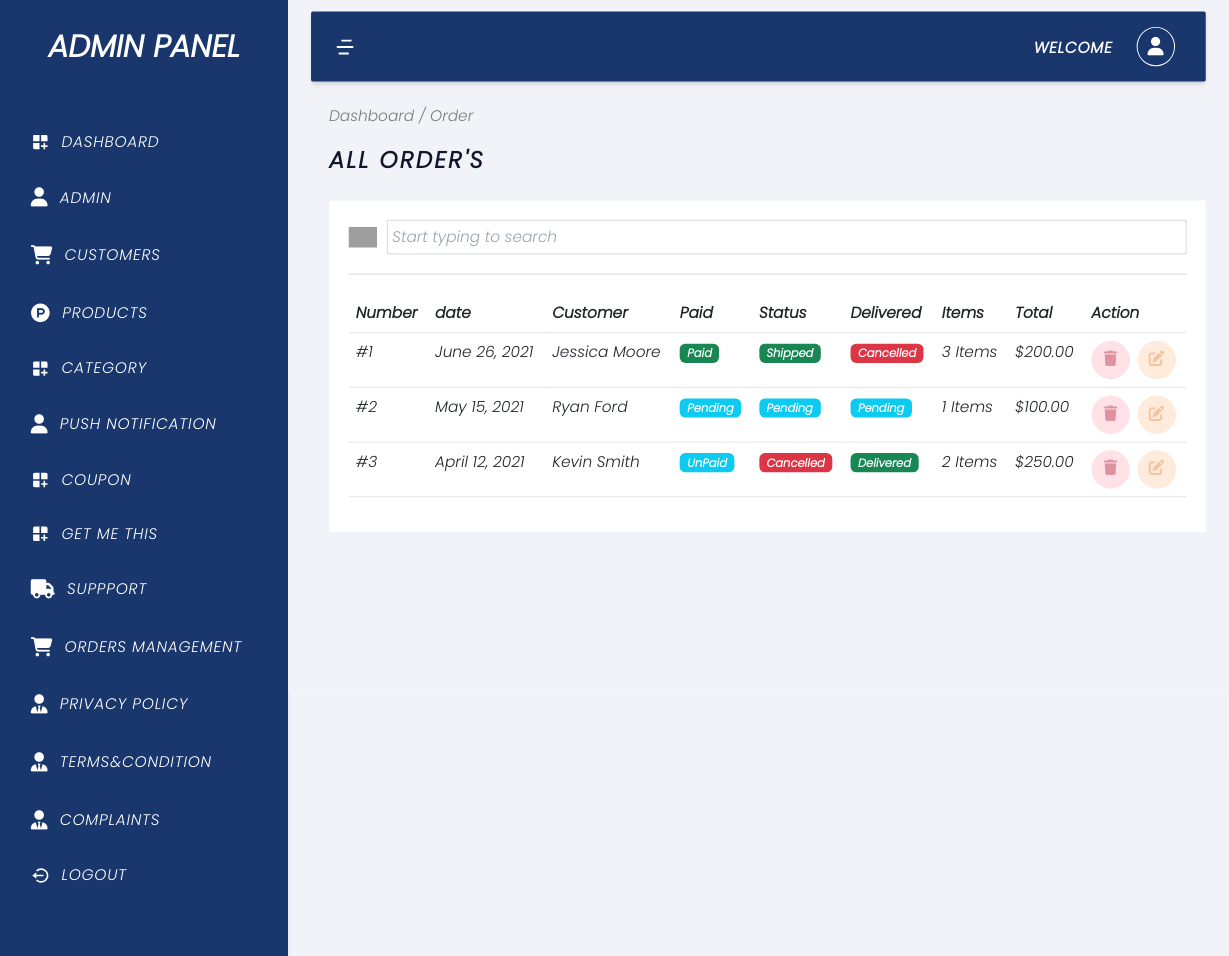
Repository: FlyweisReact/globalgenieAdminPanel
Page: /Orders
The author's editor kept a copy of each file at every save. The page is drawn from the files as they stood at one save, then again after a run of saves.
The browser window is 1280 px wide. The pictures show the whole page, at 96% of full size.
Pictures or frames that could not be fetched are drawn as grey boxes. Some web libraries are served in a nearby version. The project was rebuilt for these pictures with package versions that can differ from the ones it lists, and the page was loaded fresh each time. Also part of the build but not shown: src/E-CommerceAdmin/forms/Login.jsx, src/E-CommerceAdmin/pages/Dashboard.jsx, src/E-CommerceAdmin/pages/ECategory.js, src/E-CommerceAdmin/pages/EProduct.js, src/E-CommerceVendor/forms/EVendorLogin.jsx, src/E-CommerceVendor/layout/Navbar.jsx, src/E-CommerceVendor/layout/Sidebar.jsx, src/E-CommerceVendor/layout/HOC.jsx and 21 more. Imported but missing from the stored project, and not drawn on this page: src/E-CommerceAdmin/pages/Component/SpinnerComp.

Above is the page before, as saved 2023-05-11 14:56:49.

After the next 6 saves:
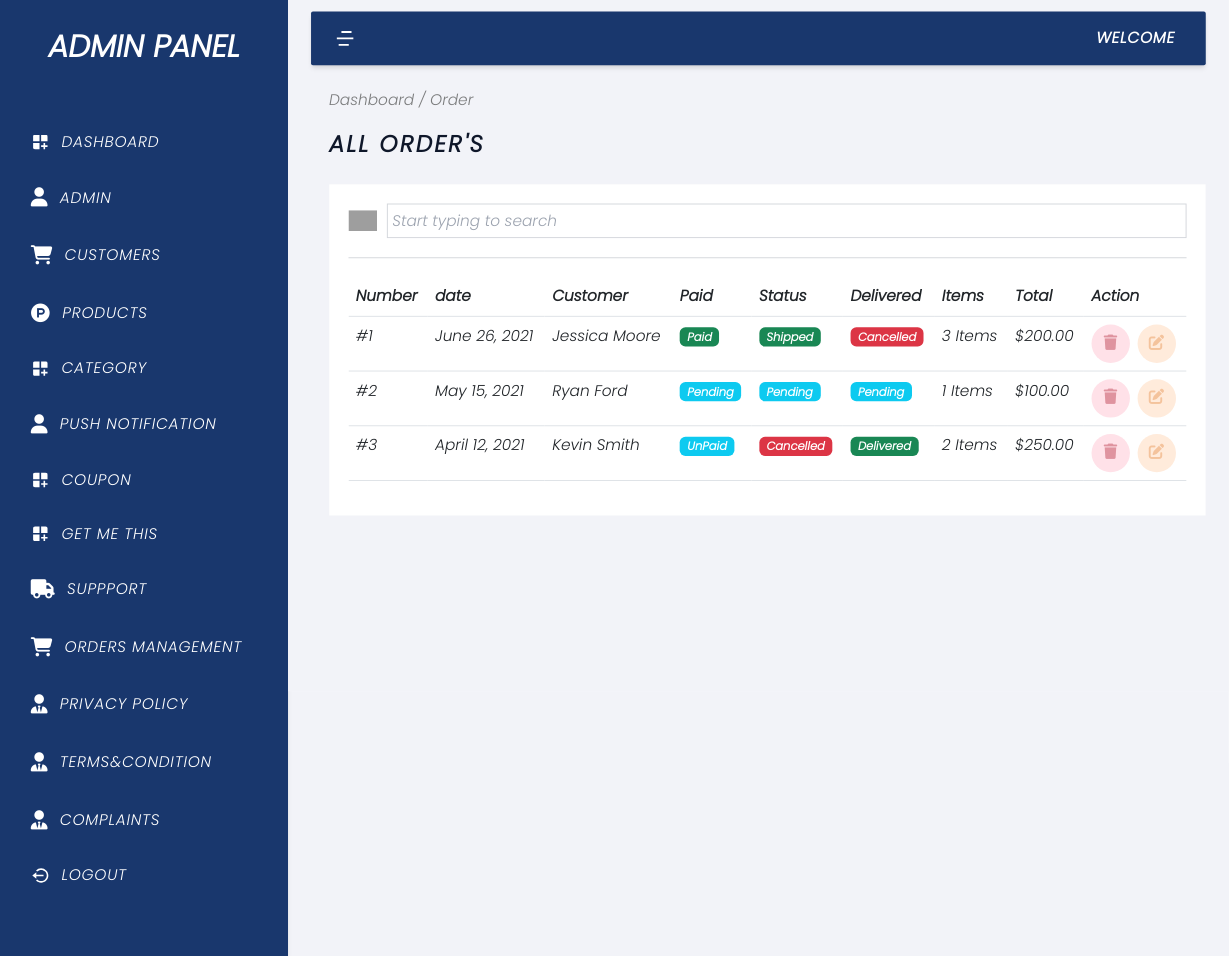
The 6 saves are shown as one change because 1 did not build or start and some came seconds apart.
The last was saved 104 s later.
--- a/src/E-CommerceAdmin/layout/Navbar.jsx
+++ b/src/E-CommerceAdmin/layout/Navbar.jsx
@@ -1,57 +1,15 @@
 /** @format */
 
 import { RiMenu4Line } from "react-icons/ri";
-import { Modal, Form, Button } from "react-bootstrap";
 import { useState } from "react";
 
 const Navbar = ({ hamb, setHamb }) => {
-  const [ modalShow , setModalShow ] = useState(false)
   const AdminName = localStorage.getItem("AdminName")
 
-  function MyVerticallyCenteredModal(props) {
-    return (
-      <Modal
-        {...props}
-        size="lg"
-        aria-labelledby="contained-modal-title-vcenter"
-        centered
-      >
-        <Modal.Header closeButton>
-          <Modal.Title id="contained-modal-title-vcenter">
-            Update Profile
-          </Modal.Title>
-        </Modal.Header>
-        <Modal.Body>
-          <Form>
-            <Form.Group className="mb-3">
-              <Form.Label>Name</Form.Label>
-              <Form.Control type="text" />
-            </Form.Group>
-            <Form.Group className="mb-3">
-              <Form.Label>Email Address</Form.Label>
-              <Form.Control type="email" />
-            </Form.Group>
-            <Form.Group className="mb-3">
-              <Form.Label>Phone Number</Form.Label>
-              <Form.Control type="tel" pattern="[0-9]{10}" />
-            </Form.Group>
-            <Form.Group className="mb-3">
-              <Form.Label>Password</Form.Label>
-              <Form.Control type="password" />
-            </Form.Group>
-            <Button className="Normalbtn">Submit</Button>
-          </Form>
-        </Modal.Body>
 
-        <Modal.Footer></Modal.Footer>
-      </Modal>
-    );
-  }
 
   return (
     <>
-    <MyVerticallyCenteredModal show={modalShow} onHide={() => setModalShow(false)} />
-
       <div
         className={
           hamb
@@ -73,7 +31,6 @@ const Navbar = ({ hamb, setHamb }) => {
               style={{ color: "#fff" }}
             >
               Welcome {AdminName}
-              <i className="fa-solid fa-user updateProfile" onClick={() => setModalShow(true)}></i>
             </div>
           </figcaption>
         </section>
